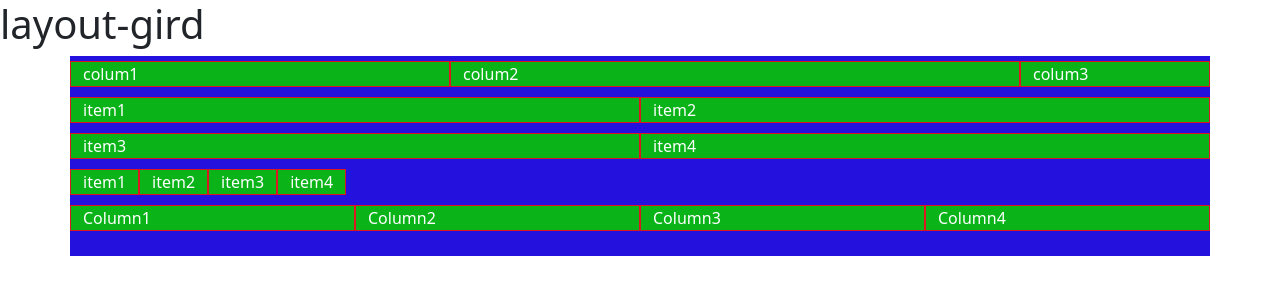
Repository: cvTuananh/Wed-famework
Page: lab05/demo4.html
An editor plug-in stored every save of this project. The page is shown before and after the next save, followed by the edit.
The browser window is 1280 px wide. The pictures show the whole page.

Above is the page before, as saved 2021-09-30 19:56:40.

### lab05/demo4.html
<!DOCTYPE html>
<html lang="en">

<head>
    <meta charset="UTF-8">
    <meta http-equiv="X-UA-Compatible" content="IE=edge">
    <meta name="viewport" content="width=device-width, initial-scale=1.0">
    <title>Demo bootstrap</title>
    <link rel="stylesheet" href="./css/style.css">
    <link href="https://cdn.jsdelivr.net/npm/bootstrap@5.1.1/dist/css/bootstrap.min.css" rel="stylesheet" integrity="sha384-F3w7mX95PdgyTmZZMECAngseQB83DfGTowi0iMjiWaeVhAn4FJkqJByhZMI3AhiU" crossorigin="anonymous">
    <style type="text/css">
        .container {
            height: 200px;
            background-color: var(--color-blue);
        }

        .item {
            border: 1px solid var(--color-red);
            color: var(--color-white);
            background-color: var(--color-green);
            margin: 5px 0;
        }
    </style>
</head>

<body>
    <h1>layout-gird</h1>
    <div class="container">
        <div class="row">
            <div class="item col-4">colum1</div>
            <div class="item col-6">colum2</div>
            <div class="item col">colum3</div>
        </div>
        <div class="row row-cols-2">
            <div class="item col">item1</div>
            <div class="item col">item2</div>
            <div class="item col">item3</div>
            <div class="item col">item4</div>
        </div>
        <div class="row row-cols-auto">
            <div class="item col">item1</div>
            <div class="item col">item2</div>
            <div class="item col">item3</div>
            <div class="item col">item4</div>
        </div>
        <div class="row">
            <div class="item col">Column1</div>
            <div class="item col">Column2</div>
            <div class="item col">Column3</div>
            <div class="item col">Column4</div>
        </div>

    </div>



    <script src="https://cdn.jsdelivr.net/npm/bootstrap@5.1.1/dist/js/bootstrap.bundle.min.js" integrity="sha384-/bQdsTh/da6pkI1MST/rWKFNjaCP5gBSY4sEBT38Q/9RBh9AH40zEOg7Hlq2THRZ" crossorigin="anonymous"></script>
</body>

</html>

### lab05/css/style.css
:root {
    --color-yellow: #ffc285;
    --color-red: #dd1721;
    --color-prue: #663bb7;
    --color-green: #0ab318;
    --color-blue: #2511dd;
    --color-white: #fff;
}

After the next save:
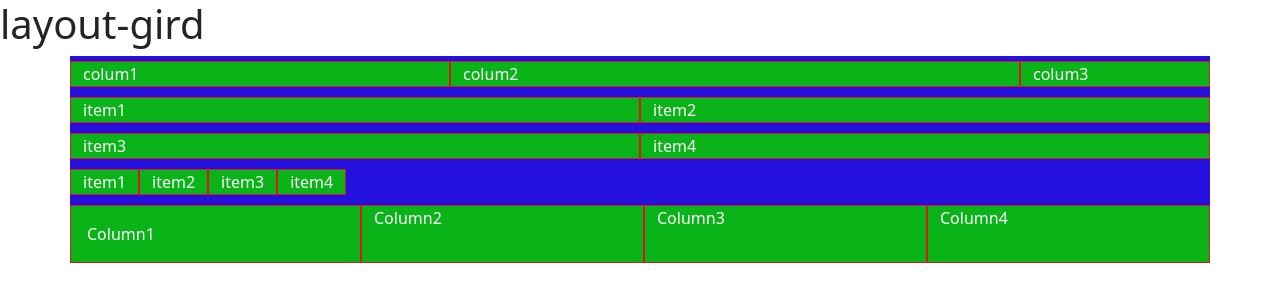
Saved 95 s later.
--- a/lab05/demo4.html
+++ b/lab05/demo4.html
@@ -43,8 +43,8 @@
             <div class="item col">item3</div>
             <div class="item col">item4</div>
         </div>
-        <div class="row">
-            <div class="item col">Column1</div>
+        <div class="row gx-2em">
+            <div class="item col p-3">Column1</div>
             <div class="item col">Column2</div>
             <div class="item col">Column3</div>
             <div class="item col">Column4</div>
